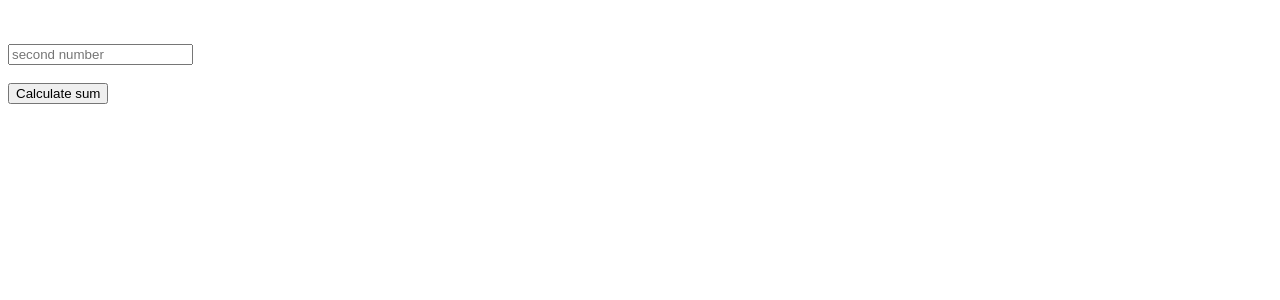
Repository: VISHALGUPTA100803/Harkirat_MERN
Page: Week 4/DOM_introduction/index.html
An editor plug-in stored every save of this project. The page is shown before and after the next save, followed by the edit.
The browser window is 1280 px wide. The pictures show the whole page.

Above is the page before, as saved 2024-03-12 00:41:55.

After the next save:
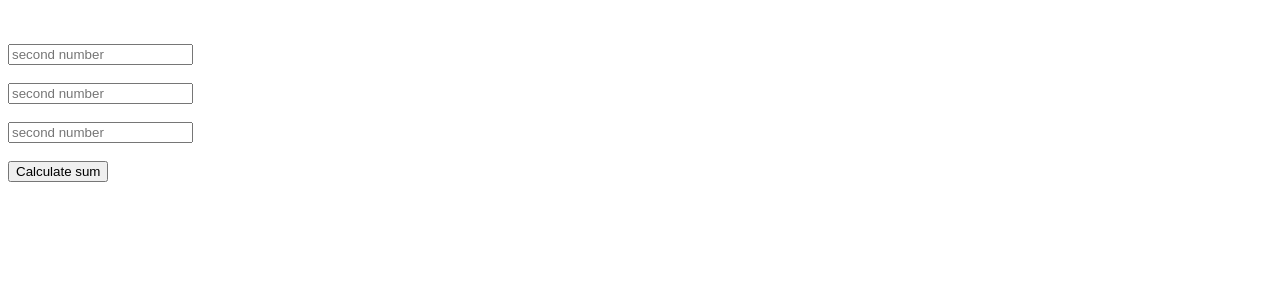
Saved 40 s later.
--- a/Week 4/DOM_introduction/index.html
+++ b/Week 4/DOM_introduction/index.html
@@ -1,8 +1,7 @@
 <html>
     <body>
         <div
-        <input type="text" placeholder="First number"></input> <br> <br>
-        <input type="text" placeholder="second number"></input> <br> <br>
+        <input type="text" placeholder="second number"></input> <br> <br>        <input type="text" placeholder="second number"></input> <br> <br>        <input type="text" placeholder="second number"></input> <br> <br>        <input type="text" placeholder="second number"></input> <br> <br>
         <button> Calculate sum</button>
     </body>
 </html>

After the save that followed:
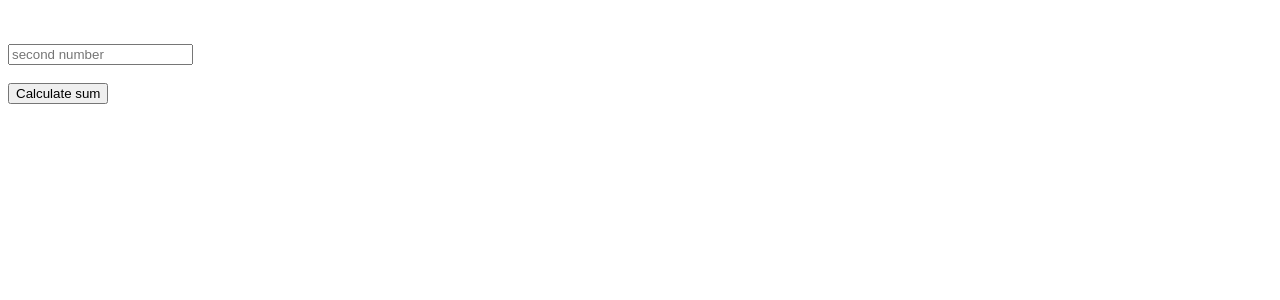
Saved 19 s later.
--- a/Week 4/DOM_introduction/index.html
+++ b/Week 4/DOM_introduction/index.html
@@ -1,7 +1,8 @@
 <html>
     <body>
         <div
-        <input type="text" placeholder="second number"></input> <br> <br>        <input type="text" placeholder="second number"></input> <br> <br>        <input type="text" placeholder="second number"></input> <br> <br>        <input type="text" placeholder="second number"></input> <br> <br>
+        <input type="text" placeholder="First number"></input> <br> <br>
+        <input type="text" placeholder="second number"></input> <br> <br>
         <button> Calculate sum</button>
     </body>
 </html>
